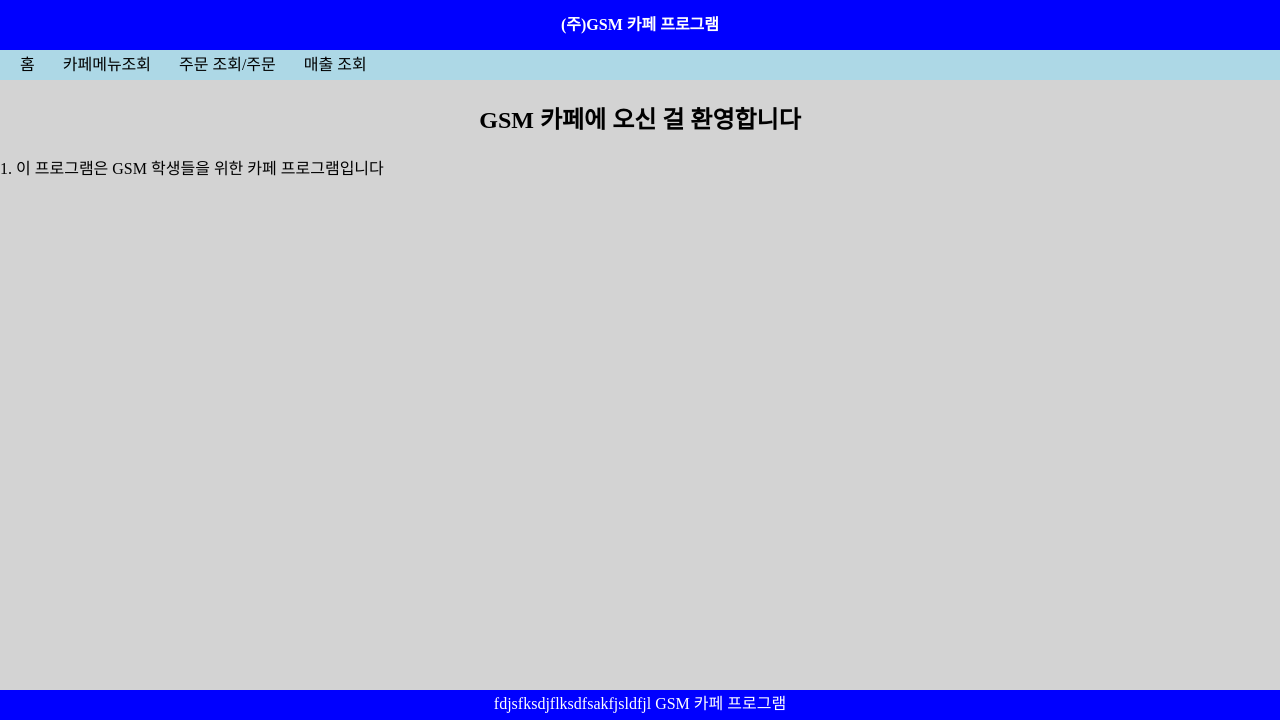
Repository: jiye-stingray/JSP
Page: http://localhost/Cafe/index.jsp
An editor plug-in stored every save of this project. The page is shown before and after the next save, followed by the edit.
The browser window is 1280 px wide. The pictures show the whole page.
The page is served by Tomcat 9.

Above is the page before, as saved 2022-09-22 11:02:39.

After the next save:
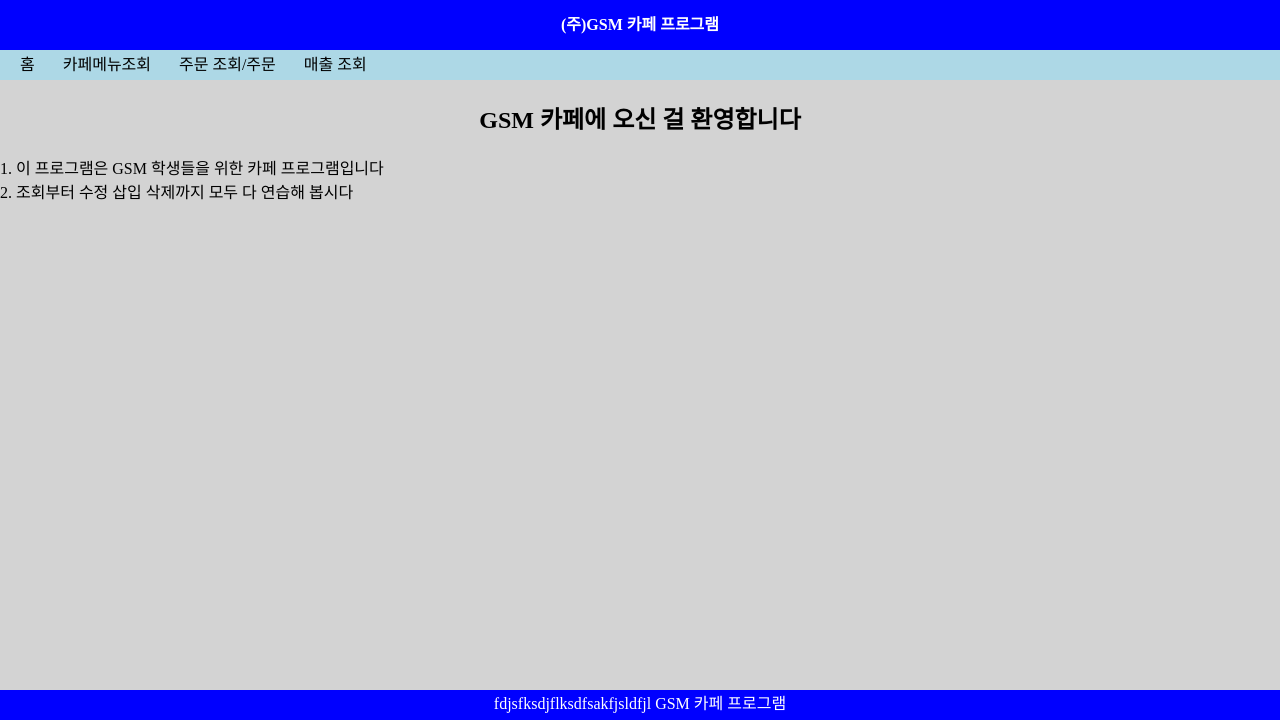
Saved 13 s later.
--- a/WithMIRA/Cafe/src/main/webapp/index.jsp
+++ b/WithMIRA/Cafe/src/main/webapp/index.jsp
@@ -14,7 +14,7 @@
 <h2 style ="text-align: center;">GSM 카페에 오신 걸 환영합니다</h2>
 <p>
 1. 이 프로그램은 GSM 학생들을 위한 카페 프로그램입니다 <br>
-
+2. 조회부터 수정 삽입 삭제까지 모두 다 연습해 봅시다
 
 </p>
 
